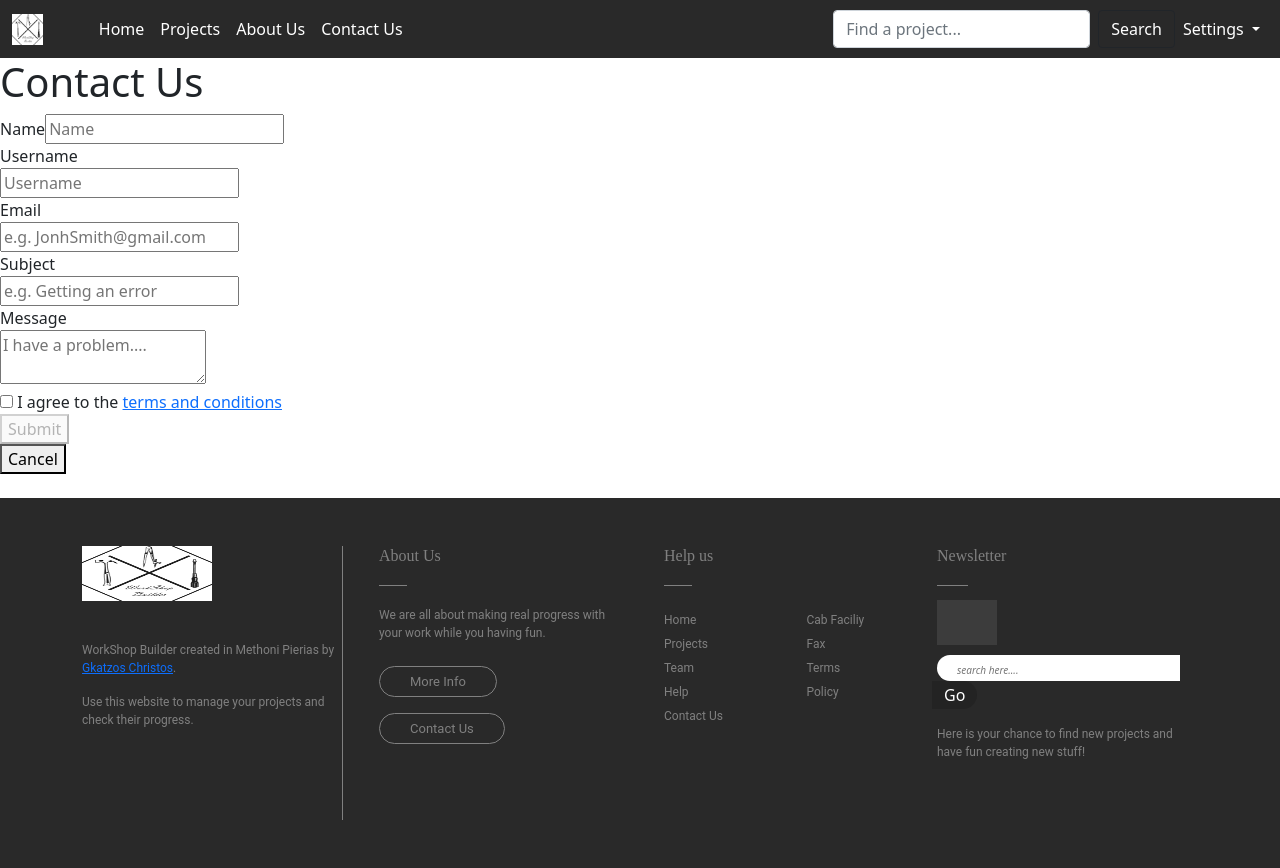
Repository: GkatzosChristos/workshop-builder-ui
Page: /contactUs (app in workshop-builder-ui/)
An editor plug-in stored every save of this project. The page is shown before and after the next save, followed by the edit.
The browser window is 1280 px wide. The pictures show the whole page.
The project was rebuilt for these pictures with package versions that can differ from the ones it lists, and the page was loaded fresh each time. Also part of the build but not shown: workshop-builder-ui/angular.json, workshop-builder-ui/src/app/about-us/about-us.component.ts, workshop-builder-ui/src/app/home/home.component.ts, workshop-builder-ui/src/app/project/project.component.ts.

Above is the page before, as saved 2021-08-27 17:24:27.

### workshop-builder-ui/src/index.html
<!doctype html>
<html lang="en">
<head>
  <meta charset="utf-8">
  <title>WorkshopBuilderUI</title>
  <base href="/">
  <meta name="viewport" content="width=device-width, initial-scale=1">
  <link rel="icon" type="image/x-icon" href="favicon.ico">
</head>

<body>
  <app-root></app-root>
</body>

</html>

### workshop-builder-ui/src/app/app.module.ts
import { NgModule } from '@angular/core';
import { BrowserModule } from '@angular/platform-browser';
import { FormsModule } from '@angular/forms';
import { AppRoutingModule } from './app-routing.module';
import { AppComponent } from './app.component';
import { HeaderComponent } from './header/header.component';
import { FooterComponent } from './footer/footer.component';
import { ContactUsComponent } from './contact-us/contact-us.component';
import { AboutUsComponent } from './about-us/about-us.component';
import { ProjectsComponent } from './project/project.component';
import { HomeComponent } from './home/home.component';

@NgModule({
  declarations: [
    AppComponent,
    HeaderComponent,
    FooterComponent,
    ContactUsComponent,
    AboutUsComponent,
    ProjectsComponent,
    HomeComponent
  ],
  imports: [
    BrowserModule,
    AppRoutingModule,
    FormsModule
  ],
  providers: [],
  bootstrap: [AppComponent]
})
export class AppModule { }

### workshop-builder-ui/src/app/app-routing.module.ts
import { NgModule } from '@angular/core';
import { RouterModule, Routes } from '@angular/router';
import { AboutUsComponent } from './about-us/about-us.component';
import { ContactUsComponent } from './contact-us/contact-us.component';
import { HomeComponent } from './home/home.component';
import { ProjectsComponent } from './project/project.component';

const routes: Routes = [
  {
    path: '',
    component: HomeComponent
  },
  {
    path: 'contactUs',
    component: ContactUsComponent
  },
  {
    path: 'aboutUs',
    component: AboutUsComponent
  },
  {
    path: 'projects',
    component: ProjectsComponent
  },
];

@NgModule({
  imports: [RouterModule.forRoot(routes)],
  exports: [RouterModule]
})
export class AppRoutingModule { }

### workshop-builder-ui/src/app/app.component.ts
import { Component } from '@angular/core';

@Component({
  selector: 'app-root',
  templateUrl: './app.component.html',
  styleUrls: ['./app.component.scss']
})
export class AppComponent {
  title = 'workshop-builder-ui';
}

### workshop-builder-ui/src/app/contact-us/contact-us.component.ts
import { Component, OnInit } from '@angular/core';
import { FormGroup } from '@angular/forms';

@Component({
  selector: 'app-contact-us',
  templateUrl: 'contact-us.html',
  styles: [
  ]
})
export class ContactUsComponent implements OnInit {
  name: string='';
  username: string='';
  email: string='';
  subject: string='';
  message: string='';


  constructor() { }

  ngOnInit(): void {
  }

  submitForm(){
    const result = `${this.name}, your submission was successful! We will contact you at ${this.email} as soon as possible!`;
    alert(result);
  }

  onReset(){
    location.reload();
  }

}

### workshop-builder-ui/src/app/header/header.component.html
<head>
    <title>header</title>
    <meta charset="utf-8">
</head>
<header>
    <nav class="navbar navbar-expand-lg">
        <div class="container-fluid">
            <a class="navbar-brand" routerLink="/">
                <img src="/assets/images/workshop_logo.jpg" alt="WorkShop Builder">
            </a>
            <div id="navbarNavDropdown" class="collapse navbar-collapse">
                <ul class="navbar-nav me-auto my-2 my-lg-0 navbar-nav-scroll" style="--bs-scroll-height: 100px;">
                    <li class="nav-item">
                        <a class="nav-link text-white" routerLink="/">Home</a>
                    </li>
                    <li class="nav-item">
                        <a class="nav-link text-white" routerLink="/projects">Projects</a>
                    </li>
                    <li class="nav-item">
                        <a class="nav-link text-white" routerLink="/aboutUs">About Us</a>
                    </li>
                    <li class="nav-item">
                        <a class="nav-link text-white" routerLink="/contactUs">Contact Us</a>
                    </li>
                </ul>
                <form class="d-flex">
                    <input class="form-control me-2" type="text" placeholder="Find a project...">
                    <a class="btn btn-outline-dark text-white">Search</a>
                </form>
                <ul class="navbar-nav" style="--bs-scroll-height: 100px;">
                    <li class="nav-item dropdown">
                        <a class="nav-link dropdown-toggle text-white" href="#" id="navbarScrollingDropdown"
                            role="button" data-bs-toggle="dropdown" aria-expanded="false">
                            Settings
                        </a>
                        <ul class="dropdown-menu" aria-labelledby="navbarScrollingDropdown">
                            <li><a class="dropdown-item text-white" href="#">Sign in</a></li>
                            <li><a class="dropdown-item text-white" href="#">Sign up</a></li>
                            <li>
                                <hr class="dropdown-divider">
                            </li>
                            <li><a class="dropdown-item text-white" href="#">Report an issue</a></li>
                        </ul>
                    </li>
                </ul>
            </div>
        </div>
    </nav>
</header>

### workshop-builder-ui/src/app/header/header.component.scss
.navbar-brand {
    height: 5%;
    width: 5%;
}

img {
    height: 50%;
    width: 50%;
}

nav {
    background: #292929;
}

### workshop-builder-ui/src/app/footer/footer.component.html
<head>
    <title>Footer</title>
    <meta charset="utf-8">
</head>
<footer class="container-fluid bg-grey py-5">
    <div class="container">
        <div class="row">
            <div class="col-md-6">
                <div class="row">
                    <div class="col-md-6 ">
                        <div class="logo-part">
                            <img src="/assets/images/workshop_logo.jpg" class="w-50 logo-footer">
                            <p>WorkShop Builder created in Methoni Pierias by <a
                                    href="https://www.linkedin.com/in/christos-gkatzos/">Gkatzos Christos</a>.</p>
                            <p>Use this website to manage your projects and check their progress.</p>
                        </div>
                    </div>
                    <div class="col-md-6 px-4">
                        <h6> About Us</h6>
                        <p>We are all about making real progress with your work while you having fun.</p>
                        <a href="#" class="btn-footer"> More Info </a><br>
                        <a href="#" class="btn-footer"> Contact Us</a>
                    </div>
                </div>
            </div>
            <div class="col-md-6">
                <div class="row">
                    <div class="col-md-6 px-4">
                        <h6> Help us</h6>
                        <div class="row ">
                            <div class="col-md-6">
                                <ul>
                                    <li> <a href="#"> Home</a> </li>
                                    <li> <a href="#"> Projects</a> </li>
                                    <li> <a href="#"> Team</a> </li>
                                    <li> <a href="#"> Help</a> </li>
                                    <li> <a href="#"> Contact Us</a> </li>
                                </ul>
                            </div>
                            <div class="col-md-6 px-4">
                                <ul>
                                    <li> <a href="#"> Cab Faciliy</a> </li>
                                    <li> <a href="#"> Fax</a> </li>
                                    <li> <a href="#"> Terms</a> </li>
                                    <li> <a href="#"> Policy</a> </li>
                                </ul>
                            </div>
                        </div>
                    </div>
                    <div class="col-md-6 ">
                        <h6> Newsletter</h6>
                        <div class="social">
                            <a href="#"><i class="fa fa-facebook mr-1" aria-hidden="true"></i></a>
                            <a href="#"><i class="fa fa-instagram" aria-hidden="true"></i></a>
                        </div>
                        <form class="form-footer my-3">
                            <input type="text" placeholder="search here...." name="search">
                            <input type="button" value="Go">
                        </form>
                        <p>Here is your chance to find new projects and have fun creating new stuff!</p>
                    </div>
                </div>
            </div>
        </div>
    </div>
</footer>

### workshop-builder-ui/src/app/footer/footer.component.scss
body {
    font-family: 'Signika', sans-serif;
 }
 .bg-grey {
    background: #292929;
 }
 .logo-footer {
    margin-bottom: 40px;
 }
 footer {
    color: grey;
 }
 footer p, a {
    font-size: 12px;
    font-family: 'Roboto', sans-serif;
}
footer h6 {
    font-family: 'Playfair Display', serif;
    margin-bottom: 40px;
    position: relative;
}
footer h6:after {
    position: absolute;
    content: "";
    background: grey;
    width: 12%;
    height: 1px;
    left: 0;
    bottom: -20px;
}
.btn-footer {
    color: grey;
    text-decoration: none;
    border: 1px solid;
    border-radius: 43px;
    font-size: 13px;
    padding: 7px 30px;
    line-height: 47px;
 }

 .btn-footer:hover {
    text-decoration: none;
 }

.form-footer input[type="text"] {
    border: none;
    border-radius: 16px 0 0 16px;
    outline: none;
    padding-left: 10px;
}

::placeholder {
    font-size: 10px;
    padding-left: 10px;
    font-style: italic;
}

.form-footer input[type="button"] {
    border: none;
    background:#232323;
    margin-left: -5px;
    color: #fff;
    outline: none;
    border-radius: 0 16px 16px 0;
    padding: 2px 12px;
}

.social .fa {
    color: grey;
    font-size: 22px;
    padding: 10px 15px;
    background: #3c3c3c;
}

footer ul li {
    list-style: none;
    display: block;
}

footer ul  {
    padding-left: 0;
}
footer ul  li a{
    text-decoration: none;
    color: grey;
    text-decoration:none;
}

a:hover {
    text-decoration: none;
    color: #f5f5f5 !important;
}

.logo-part {
    border-right: 1px solid grey;
    height: 100%;
}

img {
    height: 20%;
    width: 20%;
}

### workshop-builder-ui/src/app/contact-us/contact-us.html
<h1 class="title has-text-centered">Contact Us</h1>
<body>
  <section>
      <form (ngSubmit)="submitForm()" #contactForm="ngForm">
        <div class="field">
        <div class="field">
          <label class="label has-text-centered">Name</label>
          <input
            class="input"
            type="text"
            name="name"
            placeholder="Name"
            [(ngModel)]="name"
            #nameInput="ngModel"
            required>
            <div class="help is-error" *ngIf="nameInput.invalid && nameInput.touched">
                <p class="help is-danger">This username is required!</p>
            </div>
            <div class="help is-error" *ngIf="nameInput.valid && nameInput.dirty">
                <p class="help is-success">This username is Availible!</p>
            </div>
        </div>
        <div class="field column is-4">
          <label class="label has-text-centered">Username</label>
          <div class="control has-icons-left has-icons-right">
            <input
              class="input"
              type="text"
              name="usename"
              placeholder="Username"
              [(ngModel)]="username"
              #usernameInput="ngModel"
              required>
            <span class="icon is-small is-left">
              <i class="fa fa-user"></i>
            </span>
            <div class="help is-error" *ngIf="usernameInput.invalid && usernameInput.touched">
                <p class="help is-danger">This username is required!</p>
            </div>
            <div class="help is-error" *ngIf="usernameInput.valid && usernameInput.dirty">
                <p class="help is-success">This username is Availible!</p>
            </div>
          </div>
        </div>

        <div class="field column is-4">
          <label class="label has-text-centered">Email</label>
          <div class="control has-icons-left">
            <input
              class="input"
              type="email"
              name="email"
              placeholder="e.g. JonhSmith@gmail.com"
              #emailInput="ngModel"
              [(ngModel)]="email"
              required
              email>
            <span class="icon is-small is-left">
              <i class="fa fa-envelope"></i>
            </span>
            <div class="help is-error is-danger" *ngIf="emailInput.invalid && emailInput.touched">
                <p class="help is-danger">The email required and must be valid!</p>
            </div>
            <div class="help is-error" *ngIf="emailInput.valid && emailInput.dirty">
                <p class="help is-success">This email is valid!</p>
            </div>
          </div>
        </div>

        <div class="field column is-4">
          <label class="label has-text-centered">Subject</label>
          <div class="control">
            <input class="input is-expand" type="text" name="subject" placeholder="e.g. Getting an error" [(ngModel)]="subject">
          </div>
        </div>

        <div class="field column is-4 ">
          <label class="label has-text-centered">Message</label>
          <div class="control">
            <textarea class="textarea" name="message" placeholder="I have a problem...." [(ngModel)]="message"></textarea>
          </div>
        </div>

        <div class="field">
          <div class="control">
            <label class="checkbox">
              <input type="checkbox"
              #checkboxInput>
              I agree to the <a href="#">terms and conditions</a>
            </label>
          </div>
        </div>

        <div class="field is-grouped mb-4 is-grouped-centered">
          <div class="control">
            <button class="button is-link" [disabled]="contactForm.invalid">Submit</button>
          </div>
          <div class="control">
            <button class="button is-link is-light" type="reset" (click)="onReset()" >Cancel</button>
          </div>
        </div>
        </div>
      </form>
  </section>
  </body>

Loaded but not shown: workshop-builder-ui/src/styles.scss (common file); workshop-builder-ui/src/main.ts (common file); workshop-builder-ui/src/environments/environment.ts (common file); workshop-builder-ui/src/app/header/header.component.ts (common file); workshop-builder-ui/src/app/footer/footer.component.ts (common file); workshop-builder-ui/src/app/app.component.html (common file); workshop-builder-ui/src/app/app.component.scss (no stored copy; drawn as an empty file); workshop-builder-ui/src/app/project/project.scss (no stored copy; drawn as an empty file)

After the next save:
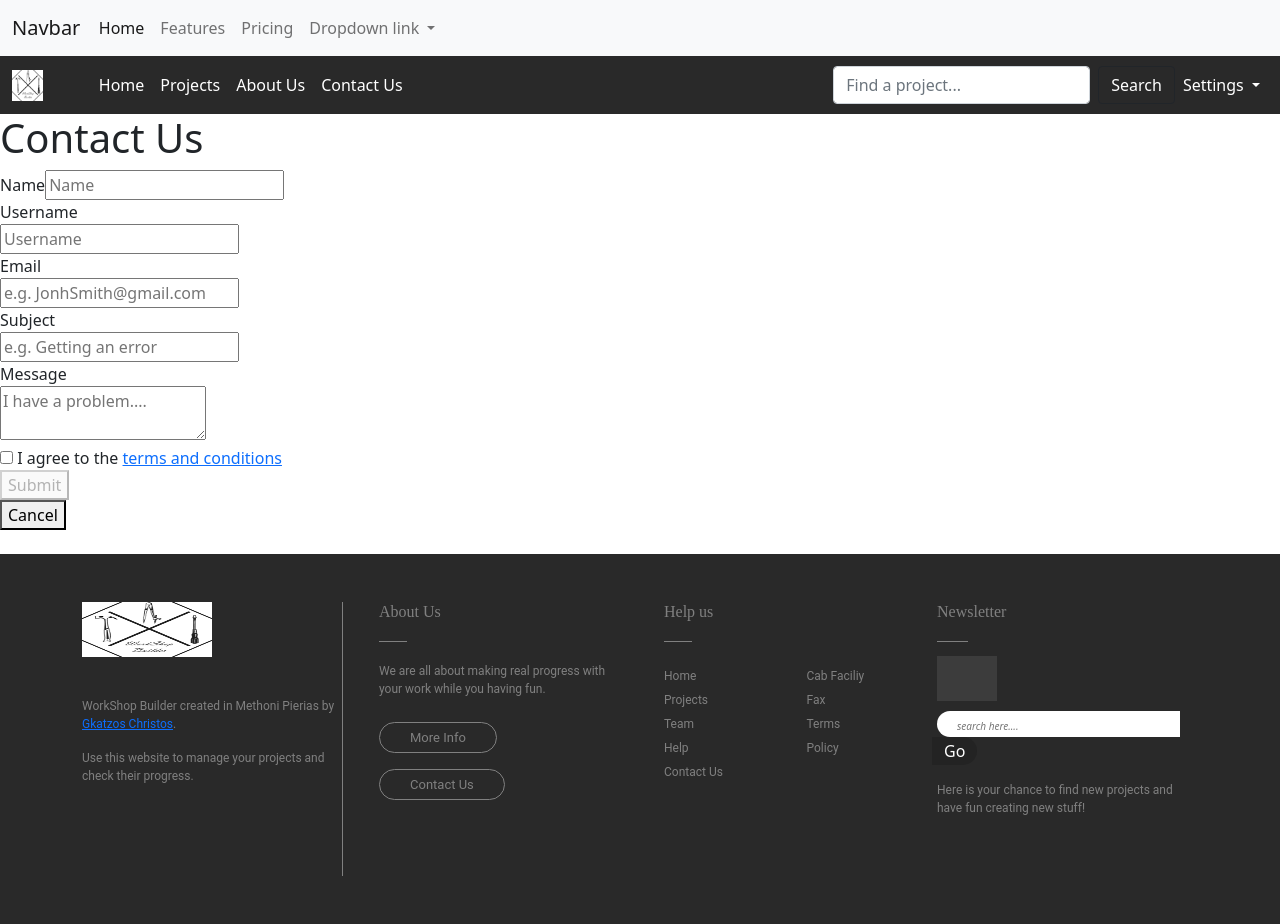
Saved 43 s later.
--- a/workshop-builder-ui/src/app/header/header.component.html
+++ b/workshop-builder-ui/src/app/header/header.component.html
@@ -3,6 +3,37 @@
     <meta charset="utf-8">
 </head>
 <header>
+    <nav class="navbar navbar-expand-lg navbar-light bg-light">
+        <div class="container-fluid">
+          <a class="navbar-brand" href="#">Navbar</a>
+          <button class="navbar-toggler" type="button" data-bs-toggle="collapse" data-bs-target="#navbarNavDropdown" aria-controls="navbarNavDropdown" aria-expanded="false" aria-label="Toggle navigation">
+            <span class="navbar-toggler-icon"></span>
+          </button>
+          <div class="collapse navbar-collapse" id="navbarNavDropdown">
+            <ul class="navbar-nav">
+              <li class="nav-item">
+                <a class="nav-link active" aria-current="page" href="#">Home</a>
+              </li>
+              <li class="nav-item">
+                <a class="nav-link" href="#">Features</a>
+              </li>
+              <li class="nav-item">
+                <a class="nav-link" href="#">Pricing</a>
+              </li>
+              <li class="nav-item dropdown">
+                <a class="nav-link dropdown-toggle" href="#" id="navbarDropdownMenuLink" role="button" data-bs-toggle="dropdown" aria-expanded="false">
+                  Dropdown link
+                </a>
+                <ul class="dropdown-menu" aria-labelledby="navbarDropdownMenuLink">
+                  <li><a class="dropdown-item" href="#">Action</a></li>
+                  <li><a class="dropdown-item" href="#">Another action</a></li>
+                  <li><a class="dropdown-item" href="#">Something else here</a></li>
+                </ul>
+              </li>
+            </ul>
+          </div>
+        </div>
+      </nav>
     <nav class="navbar navbar-expand-lg">
         <div class="container-fluid">
             <a class="navbar-brand" routerLink="/">
